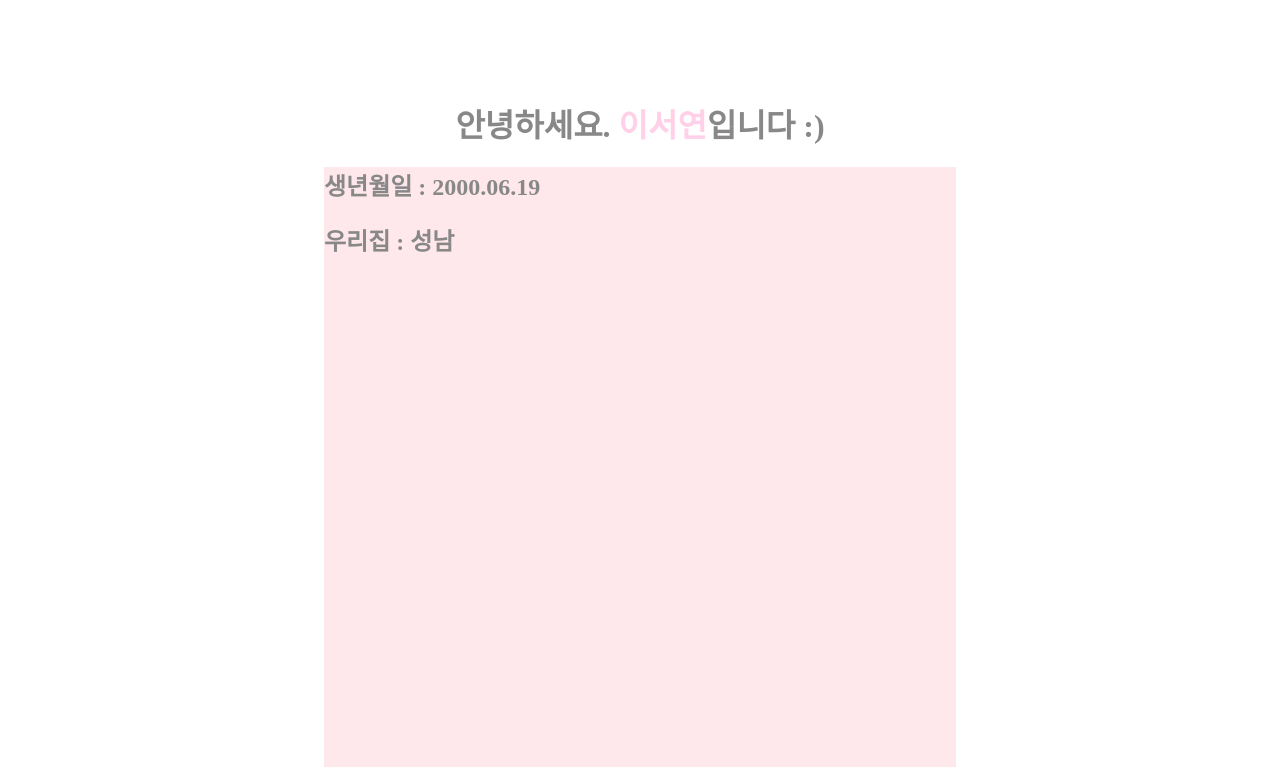
Repository: seoyeon0619/WebProgramming
Page: http://localhost/myhome1/자기소개.jsp
These files come from the project's save history. The page is drawn as it stood at one moment and after the next save; the edit follows.
The browser window is 1280 px wide. The pictures show the whole page.
Some web fonts or font styles are not loaded; a fallback is used. The page is served by Tomcat 9.

Above is the page before, as saved 2022-12-29 08:44:42.

After the next save:
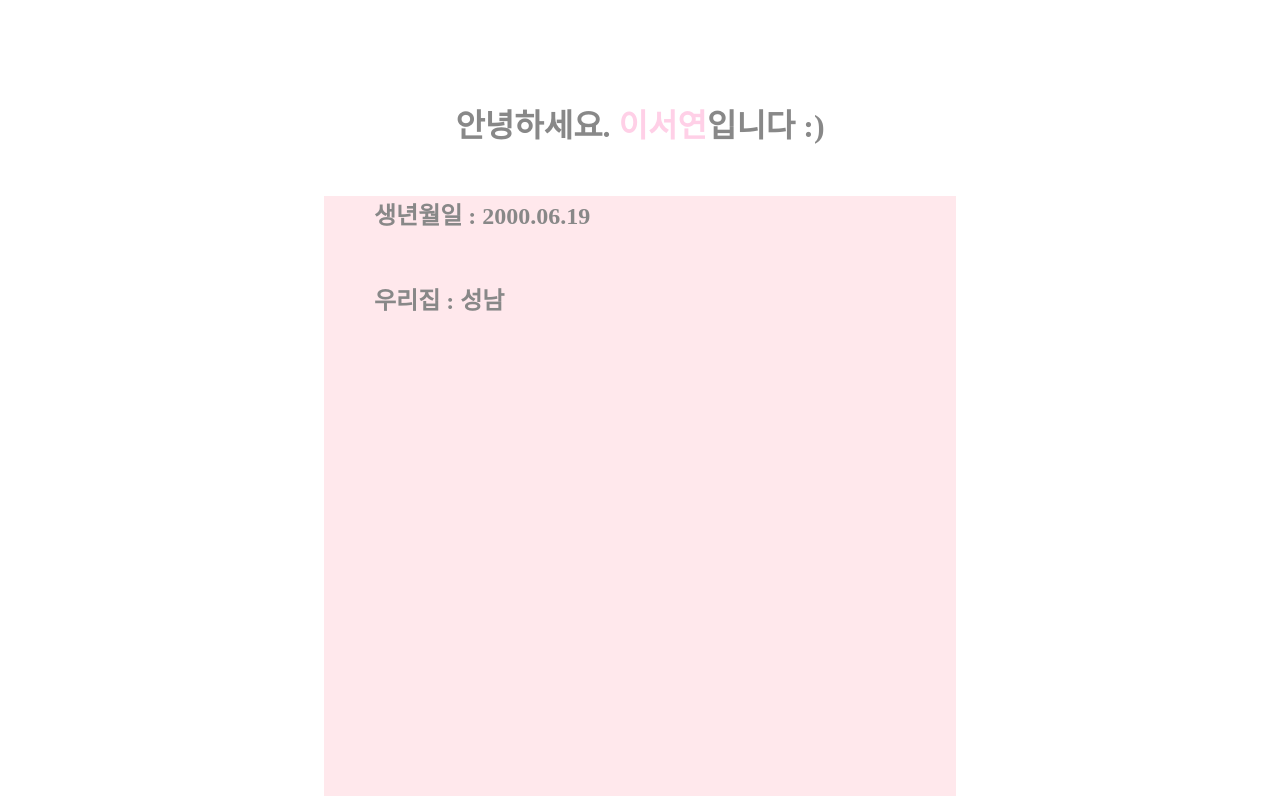
Saved 27 s later.
--- a/workspace1/myhome1/src/main/webapp/자기소개.jsp
+++ b/workspace1/myhome1/src/main/webapp/자기소개.jsp
@@ -29,6 +29,10 @@
         text-align : center;
         }
 
+        h2{
+        margin-top : 50px;
+        margin-left : 50px}
+
 
 
 

After the 3 saves that followed:
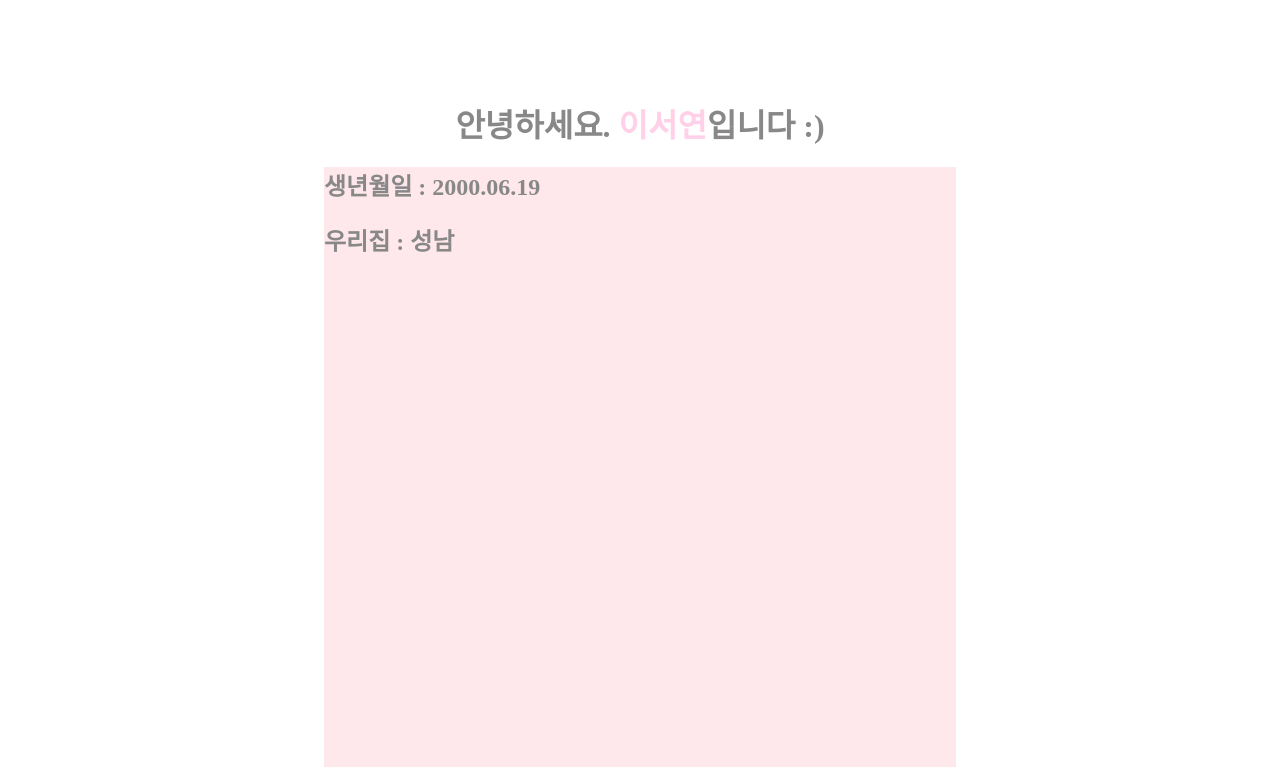
The 3 saves are shown as one change because 2 left the picture as it was.
The last was saved 51 s later.
--- a/workspace1/myhome1/src/main/webapp/자기소개.jsp
+++ b/workspace1/myhome1/src/main/webapp/자기소개.jsp
@@ -29,13 +29,6 @@
         text-align : center;
         }
 
-        h2{
-        margin-top : 50px;
-        margin-left : 50px}
-
-
-
-
 
 </style>
 
